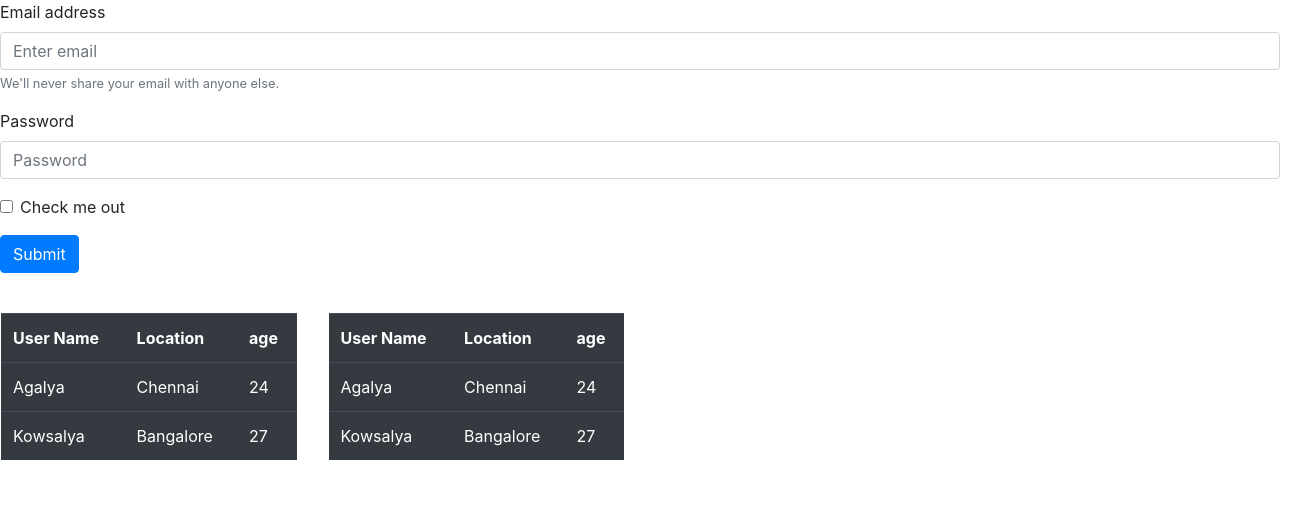
Repository: rajeshkannane/java1
Page: Form/public/index.html
An editor plug-in stored every save of this project. The page is shown before and after the next save, followed by the edit.
The browser window is 1280 px wide. The page is 1295 px wide, so the pictures cover 1295 px, including what lies to the right of the window. The pictures show the whole page.

Above is the page before, as saved 2022-11-14 16:49:25.

### Form/public/index.html
<!DOCTYPE html>
<html>
<head>
            <meta charset="UTF-8">
            <title>Form Demo</title>
            <link rel="stylesheet" href="https://stackpath.bootstrapcdn.com/bootstrap/4.3.1/css/bootstrap.min.css" integrity="sha384-ggOyR0iXCbMQv3Xipma34MD+dH/1fQ784/j6cY/iJTQUOhcWr7x9JvoRxT2MZw1T" crossorigin="anonymous">
        </head>


<body>
<form>
  <div class="form-group">
    <label for="exampleInputEmail1">Email address</label>
    <input type="email" class="form-control" id="exampleInputEmail1" aria-describedby="emailHelp" placeholder="Enter email">
    <small id="emailHelp" class="form-text text-muted">We'll never share your email with anyone else.</small>
  </div>
  <div class="form-group">
    <label for="exampleInputPassword1">Password</label>
    <input type="password" class="form-control" id="exampleInputPassword1" placeholder="Password">
  </div>
  <div class="form-group form-check">
    <input type="checkbox" class="form-check-input" id="exampleCheck1">
    <label class="form-check-label" for="exampleCheck1">Check me out</label>
  </div>
  <button type="submit" class="btn btn-primary">Submit</button>
</form>
<br>
<div class="row">
<div class="col-sm-3 p-3" >
<table class="table table-dark" style="text-align:1%">
  <tr>
    <th>User Name</th>
    <th>Location</th>
    <th>age</th>
  </tr>
  <tr>
    <td>Agalya</td>
    <td>Chennai</td>
    <td>24</td>
  </tr>
  <tr>
    <td>Kowsalya</td>
    <td>Bangalore</td>
    <td>27</td>
  </tr>
    </table>
    </div>
    <div class="col-sm-3 p-3" >
<table class="table table-dark" style="text-align:1%">
  <tr>
    <th>User Name</th>
    <th>Location</th>
    <th>age</th>
  </tr>
  <tr>
    <td>Agalya</td>
    <td>Chennai</td>
    <td>24</td>
  </tr>
  <tr>
    <td>Kowsalya</td>
    <td>Bangalore</td>
    <td>27</td>
  </tr>
    </table>
    </div>
    </div>
</body>
</html>

After the next save:
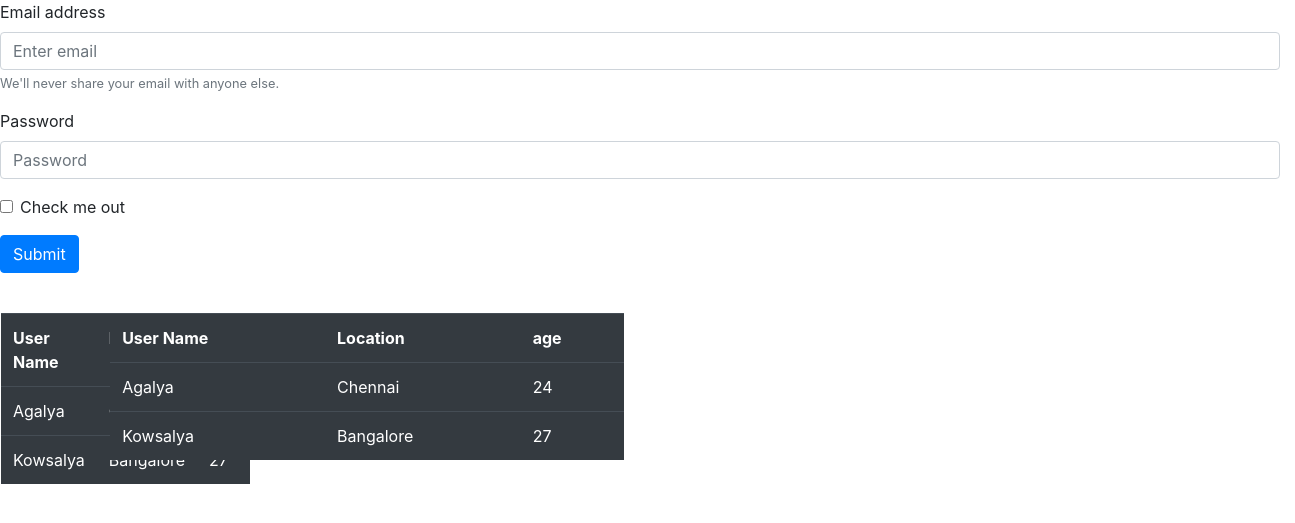
Saved 50 s later.
--- a/Form/public/index.html
+++ b/Form/public/index.html
@@ -26,7 +26,7 @@
 </form>
 <br>
 <div class="row">
-<div class="col-sm-3 p-3" >
+<div class="col-sm-1 p-3" >
 <table class="table table-dark" style="text-align:1%">
   <tr>
     <th>User Name</th>
@@ -45,7 +45,7 @@
   </tr>
     </table>
     </div>
-    <div class="col-sm-3 p-3" >
+    <div class="col-sm-5 p-3" >
 <table class="table table-dark" style="text-align:1%">
   <tr>
     <th>User Name</th>
